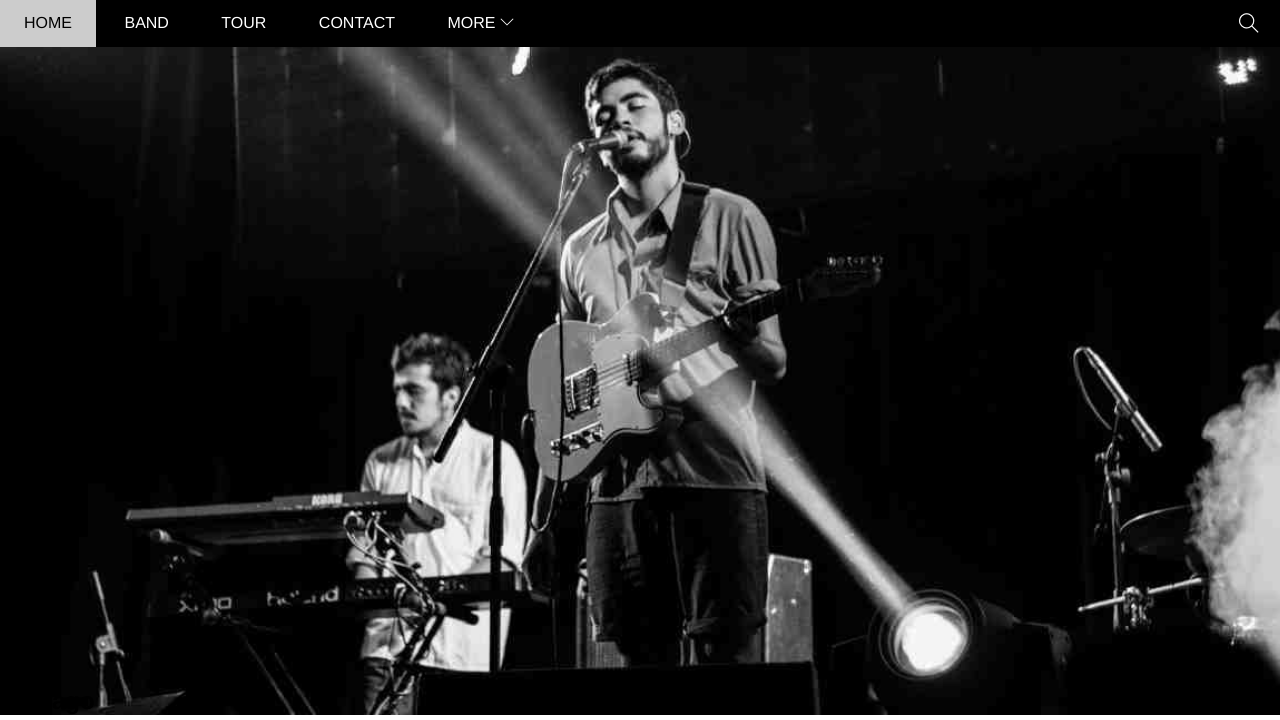
Repository: qhoa25623/The-Band
Page: index.html
The author's editor kept a copy of each file at every save. The page is drawn from the files as they stood at one save, then again after the next save.
The browser window is 1280 px wide. The pictures show the whole page.

Above is the page before, as saved 2022-04-25 22:42:22.

### index.html
<!DOCTYPE html>
<html lang="en">
  <head>
    <meta charset="UTF-8" />
    <meta http-equiv="X-UA-Compatible" content="IE=edge" />
    <meta name="viewport" content="width=device-width, initial-scale=1.0" />
    <title>Document</title>
    <link rel="stylesheet" href="./assets/css/styles.css" />
    <link rel="stylesheet" href="./assets/fonts/themify-icons/themify-icons.css" />
  </head>
  <body>
    <div id="main">
      <div id="header">
        <ul id="nav">
          <li><a href="">Home</a></li>
          <li><a href="">Band</a></li>
          <li><a href="">Tour</a></li>
          <li><a href="">Contact</a></li>
          <li>
            <a href="">
              More
              <i class="nav-arrow-down ti-angle-down"></i>
            </a>
            <ul class="subnav">
              <li><a href="">Merchandise</a></li>
              <li><a href="">Extras</a></li>
              <li><a href="">Media</a></li>
            </ul>
          </li>
        </ul>
        <div class="search-btn">
          <i class="search-icon ti-search"></i>
        </div>
      </div>
      <div id="slider">
        <div class="text-content">
          <h2 class="text-heading">Chicago</h2>
          <div class="text-description"></div>
        </div>
      </div>
      <div id="content"></div>
      <div id="footer"></div>
    </div>
  </body>
</html>

### assets/css/styles.css
/* Reset CSS */
* {
  padding: 0;
  margin: 0;
  box-sizing: border-box;
}
html {
  font-family: Helvetica, Arial, sans-serif;
}
#main {
}
#header {
  position:fixed;
  top:0;
  left:0;
  right:0;
  height: 46.5px;
  background-color: #000;
}
#nav {
  display: inline-block;
}
#nav,
.subnav {
  list-style-type: none;
}
#nav > li {
  display: inline-block;
}
#nav li {
  position: relative;
}
#nav > li > a {
  color: #fff;
  text-transform: uppercase;
}
#nav li a {
  text-decoration: none;
  line-height: 46.5px;
  padding: 0 24px;
  display: block;
}
#nav li:hover .subnav {
  display: block;
}
#nav > li:hover > a,
#nav .subnav li:hover a {
  color: #000;
  background-color: #ccc;
}
#nav .subnav {
  min-width: 160px;
  top: 100%;
  left: 0;
  display: none;
  position: absolute;
  background-color: #fff;
  box-shadow: 0 0 10px rgba(0, 0, 0, 0.3);
}
#nav .subnav a {
  color: #000;
  padding: 0 16px;
  line-height: 38.5px;
}
#nav .nav-arrow-down {
  font-size: 14px;
}
#header .search-btn {
  float: right;
  padding: 0 21px;
}
#header .search-btn:hover {
  background-color: #f44336;
}
#header .search-icon {
  color: #fff;
  font-size: 20px;
  line-height: 46.5px;
}
#slider {
  margin-top:46.5px;
  padding-top:50%;
  background: url('/assets/img/slider/slider1.jpg') top center / cover no-repeat;
}
#content {
}
#footer {
}

Loaded but not shown: assets/fonts/themify-icons/themify-icons.css (common file)

After the next save:
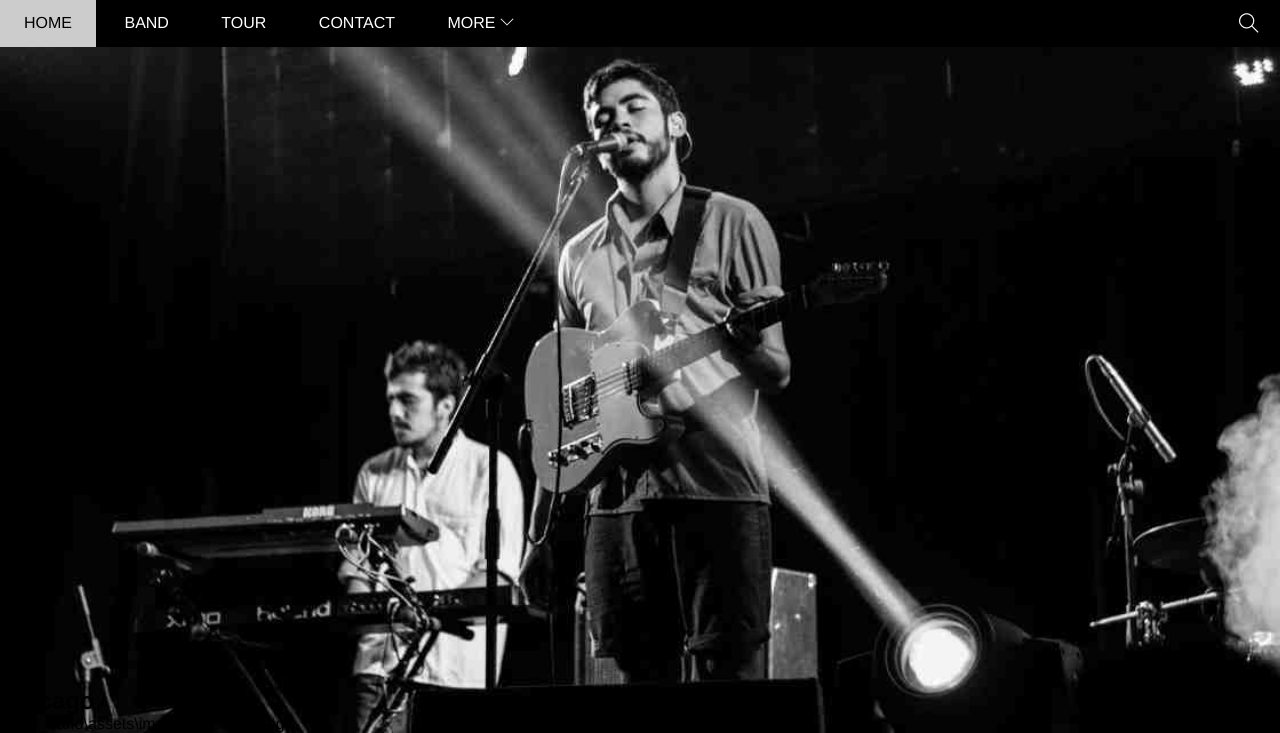
Saved 17 s later.
--- a/index.html
+++ b/index.html
@@ -35,7 +35,7 @@
       <div id="slider">
         <div class="text-content">
           <h2 class="text-heading">Chicago</h2>
-          <div class="text-description"></div>
+          <div class="text-description">F:\w3_band\assets\img\slider\slider1.jpg</div>
         </div>
       </div>
       <div id="content"></div>

After the save that followed:
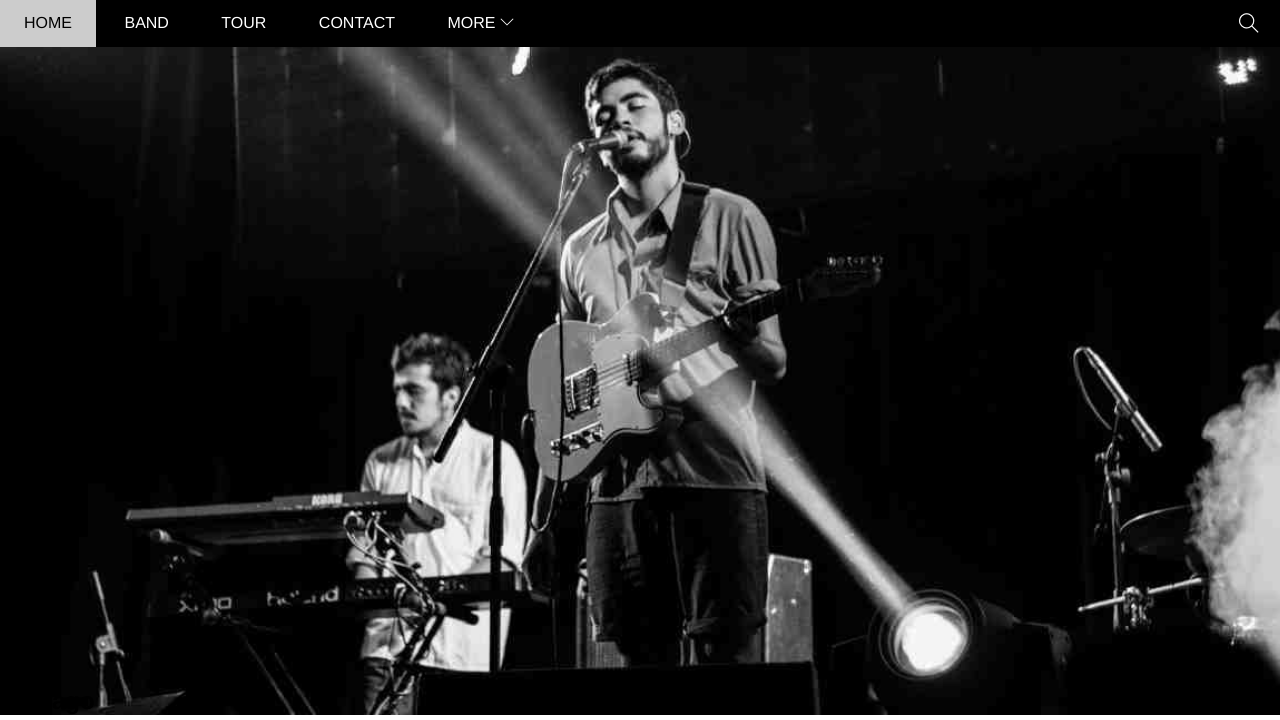
Saved 6 s later.
--- a/index.html
+++ b/index.html
@@ -35,7 +35,7 @@
       <div id="slider">
         <div class="text-content">
           <h2 class="text-heading">Chicago</h2>
-          <div class="text-description">F:\w3_band\assets\img\slider\slider1.jpg</div>
+          <div class="text-description"></div>
         </div>
       </div>
       <div id="content"></div>
